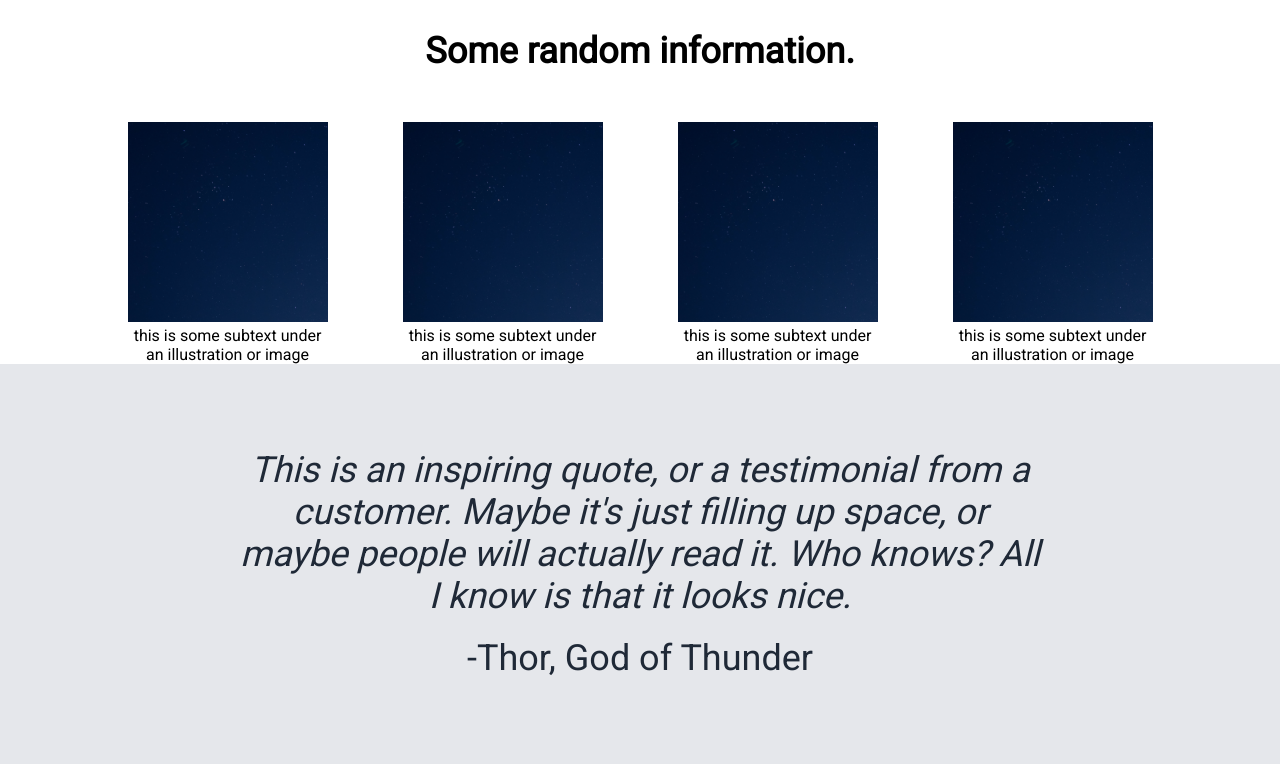
Repository: aaronestre/odin-landingpage
Page: index.html
An editor plug-in stored every save of this project. The page is shown before and after the next save, followed by the edit.
The browser window is 1280 px wide. The pictures show the part of the page from y = 570 to 1334 px (the page is 1334 px tall).
A picture or video elsewhere on the page could not be fetched, so the positions and the page height are approximate.

Above is the page before, as saved 2025-02-12 20:24:49.

After the next save:
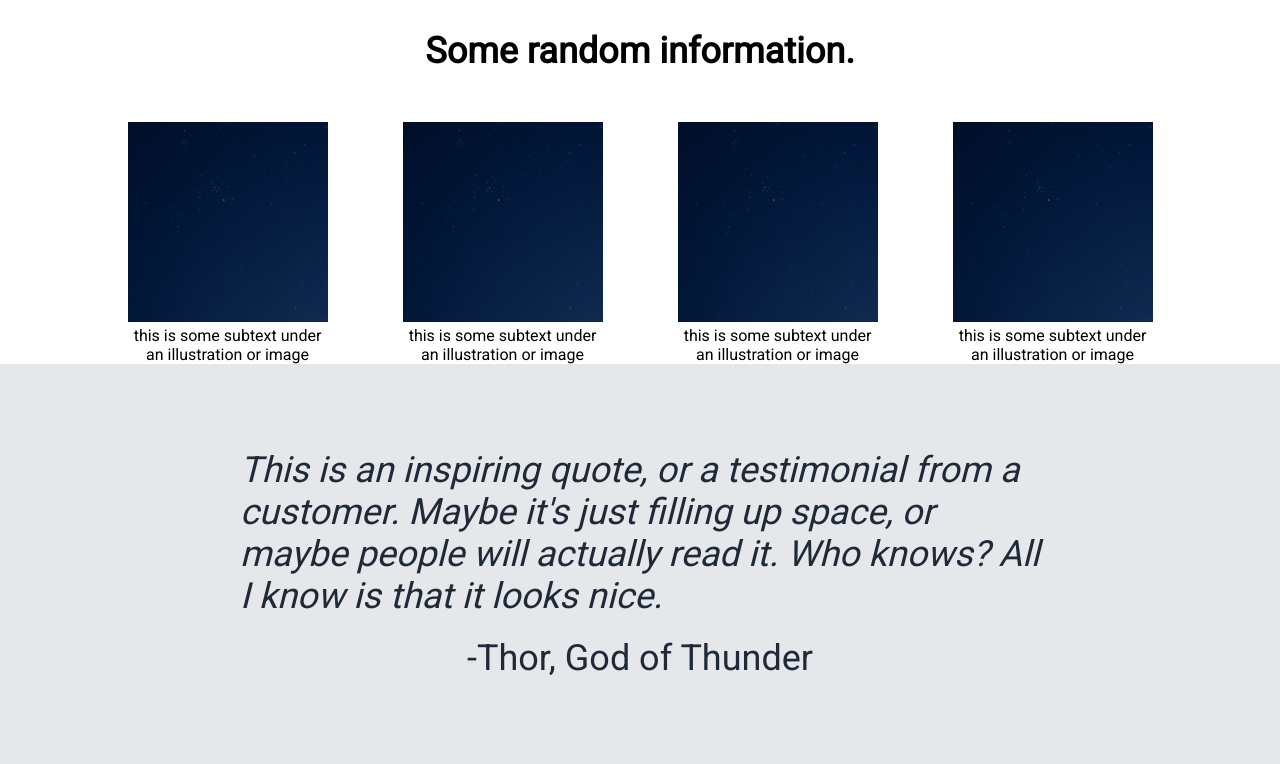
Saved 10 s later.
--- a/index.css
+++ b/index.css
@@ -112,6 +112,5 @@
 .quote-text {
     font-style: italic;
     margin-bottom: 20px;
-    text-align: center;
     width: 800px;
 }
